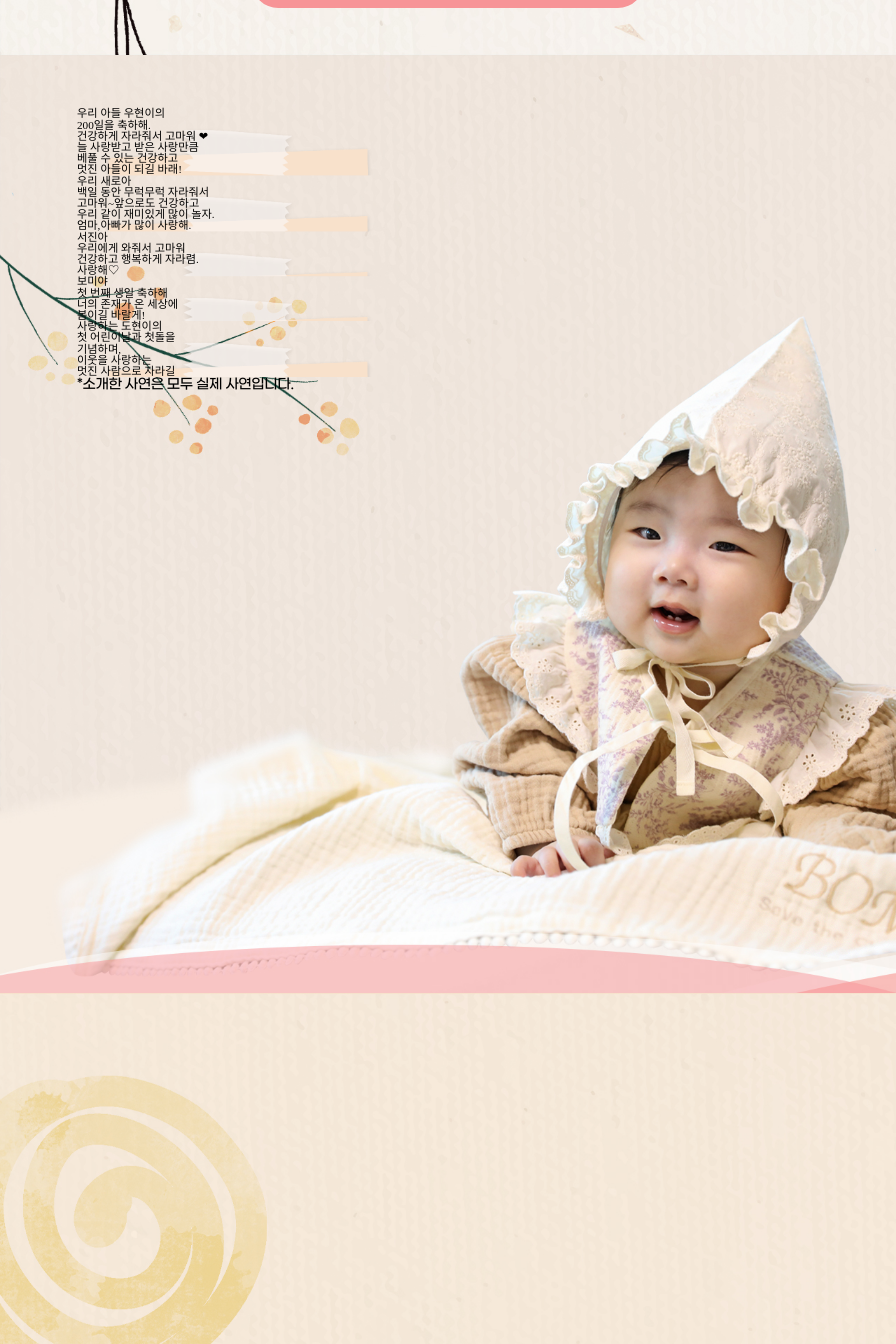
Repository: dlgywls1130/save_the_children
Page: index.html
An editor plug-in stored every save of this project. The page is shown before and after the next save, followed by the edit.
The browser window is 1280 px wide. The pictures show the part of the page from y = 1001 to 2921 px (the page is 4840 px tall), at 70% of full size.

Above is the page before, as saved 2023-12-12 21:50:16.

After the next save:
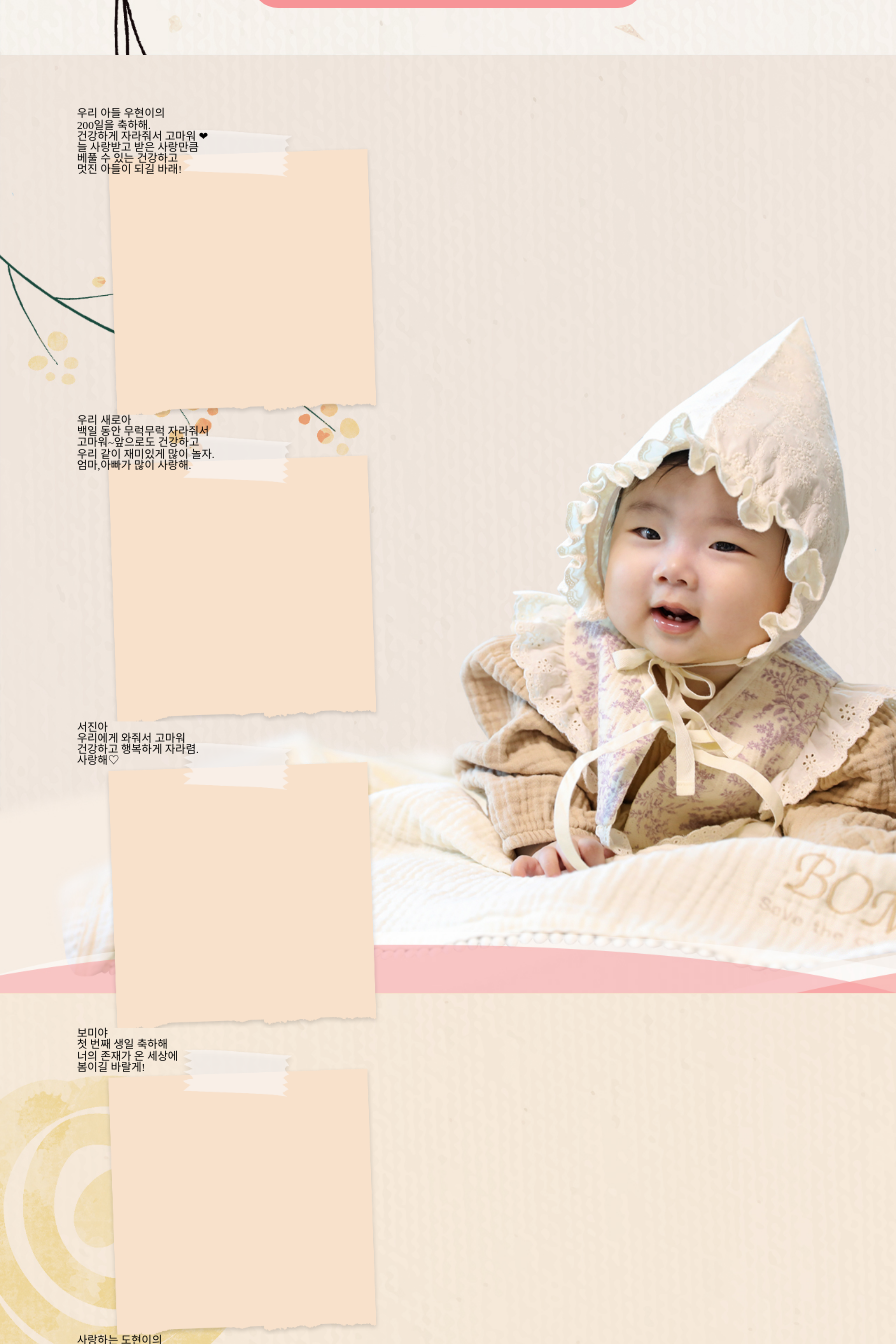
Saved 42 s later.
--- a/css/style.css
+++ b/css/style.css
@@ -222,6 +222,8 @@
 
 .postit01{
     background:url('../img/post04.png') no-repeat;
+    width: 438px;
+    aspect-ratio: 1/1;
 }
 
 .postit02{
